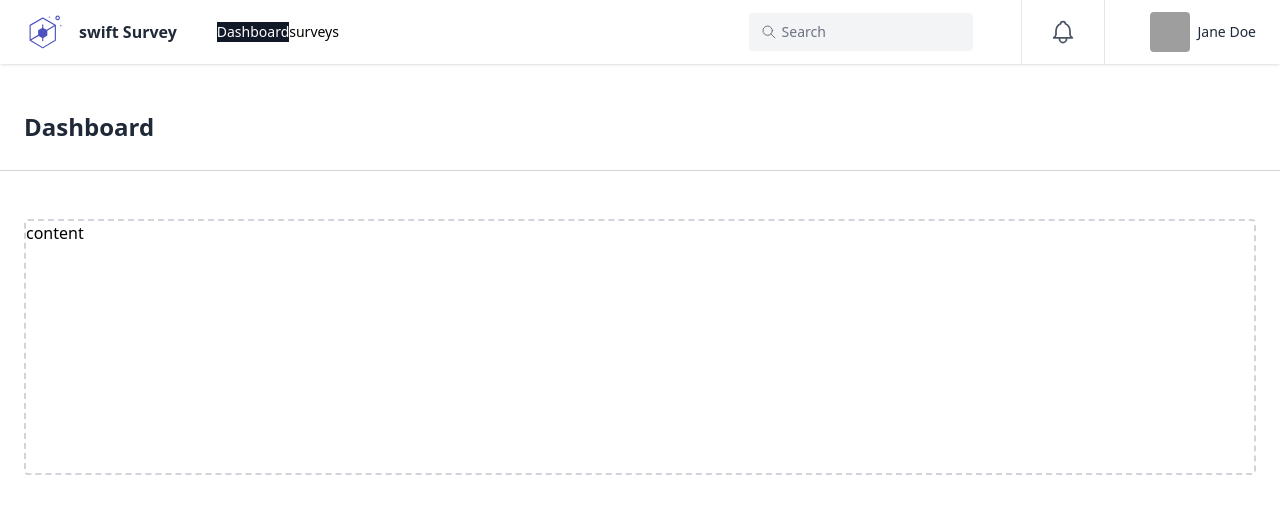
Repository: thomsontochi/swiftSurvey
Page: /dashboard (app in vue/)
These files come from the project's save history. The page is drawn as it stood at one moment and after the next save; the edit follows.
The browser window is 1280 px wide. The pictures show the whole page.
Pictures or frames that could not be fetched are drawn as grey boxes. The project was rebuilt for these pictures with package versions that can differ from the ones it lists, and the page was loaded fresh each time. Also part of the build but not shown: vue/vite.config.js, vue/src/views/Login.vue, vue/src/views/Register.vue, vue/src/views/Surveys.vue, vue/src/components/AuthLayout.vue, vue/src/components/Pages/Welcome.vue.

Above is the page before, as saved 2022-07-16 15:56:41.

### vue/src/main.js
import { createApp } from 'vue'
import App from './App.vue'
import store from './store'
import './index.css'
import router from './router'

createApp(App)
    .use(router)
    .use(store)
    .mount('#app')

### vue/src/App.vue
<script setup>

</script>

<template>

  <router-view></router-view>

</template>

### vue/src/store/index.js
import { createStore } from "vuex";

const store = createStore ({

    state: {
        user: {
            data: {},
            token: 123,
          }
    },
    getters:{},
    actions:{},
    mutations:{},
    modules:{}
})

export default store;

### vue/src/router/index.js
import { createRouter, createWebHistory } from "vue-router";
import Login from '../views/Login.vue'
import Register from '../views/Register.vue'
import Dashboard from "../views/Dashboard.vue"
import DefaultLayout from "../components/DefaultLayout.vue"
import Surveys from "../views/Surveys.vue"
import AuthLayout from "../components/AuthLayout.vue"
import Welcome from "../components/Pages/Welcome.vue"
import store from "../store"




const routes = [
    {
      path: "/",
      name: Welcome,
      component: Welcome
    },
    {
        path: "/dashboard",
        redirect: "/dashboard",
        component: DefaultLayout,
        meta: {requiresAuth: true},
        children: [
          { path: "/dashboard", name: "Dashboard", component: Dashboard },
          { path: "/surveys", name: "Surveys", component: Surveys },
        ],
    },
    {
        path:"/auth",
        redirect: "/login",
        name:"Auth",
        component: AuthLayout,
        meta: {isGuest: true},
        children: [

            {
                path: '/login',
                name: 'Login',
                component: Login
            },
            {
                path: '/register',
                name: 'Register',
                component: Register
            }

        ]

    },


];

const router = createRouter ({
    history: createWebHistory(),
    routes
})

router.beforeEach((to, from, next) => {
    if (to.meta.requiresAuth && !store.state.user.token) {
      next({ name: "Login" });
    } else if (store.state.user.token && to.meta.isGuest) {
      next({ name: "Dashboard" });
    } else {
      next();
    }
  });

export default router;

### vue/src/views/Dashboard.vue
<template>

     <!-- Page title starts -->

        <div class="  my-6 lg:my-12 container px-6 mx-auto flex flex-col lg:flex-row items-start lg:items-center justify-between pb-4 border-b border-gray-300">
            <div>
                <h4 class="text-2xl font-bold leading-tight text-gray-800">Dashboard</h4>

                <ul class="flex flex-col md:flex-row items-start md:items-center text-gray-600 text-sm mt-3"> </ul>
            </div>
            <!-- <div class="mt-6 lg:mt-0">
                <button class="mx-2 my-2 bg-white transition duration-150 ease-in-out focus:outline-none hover:bg-gray-100 rounded text-indigo-700 px-6 py-2 text-sm">Back</button>
                <button class="transition duration-150 ease-in-out hover:bg-indigo-600 focus:outline-none border bg-indigo-700 rounded text-white px-8 py-2 text-sm">Edit Profile</button>
            </div> -->
        </div>
        <!-- Page title ends -->


        <div class="container mx-auto px-6">
            <!-- Remove class [ h-64 ] when adding a card block -->
            <!-- Remove class [ border-dashed border-2 border-gray-300 ] to remove dotted border -->
            <div class="w-full h-64 rounded border-dashed border-2 border-gray-300">
                <!-- Place your content here -->
                <h1>content</h1>
            </div>
        </div>


</template>

<!-- <script>
export default {
    name: "LightWithGreyBackground",
    data() {
        return {
            xmlns: "http://www.w3.org/2000/svg",
            xlink: "http://www.w3.org/1999/xlink",
            profilePhoto: "https://tuk-cdn.s3.amazonaws.com/assets/components/boxed_layout/bl_1.png",
        };
    },
    methods: {
        dropdownHandler(event) {
            let single = event.currentTarget.getElementsByTagName("ul")[0];
            single.classList.toggle("hidden");
        },
        MenuHandler(el, val) {
            let MainList = el.currentTarget.parentElement.getElementsByTagName("ul")[0];
            let closeIcon = el.currentTarget.parentElement.getElementsByClassName("close-m-menu")[0];
            let showIcon = el.currentTarget.parentElement.getElementsByClassName("show-m-menu")[0];
            if (val) {
                MainList.classList.remove("hidden");
                el.currentTarget.classList.add("hidden");
                closeIcon.classList.remove("hidden");
            } else {
                showIcon.classList.remove("hidden");
                MainList.classList.add("hidden");
                el.currentTarget.classList.add("hidden");
            }
        },
    },
};
</script> -->

### vue/src/components/DefaultLayout.vue
<template>
    <div class="">
        <!-- Navigation starts -->
        <nav class="w-full mx-auto bg-white shadow">
            <div class="container px-6 justify-between h-16 flex items-center lg:items-stretch mx-auto">
                <div class="h-full flex items-center">
                    <div class="mr-10 flex items-center">
                        <svg aria-label="Home" id="logo" enable-background="new 0 0 300 300" height="44" viewBox="0 0 300 300" width="43" v-bind:xmlns="xmlns" :xmlns:xlink="xlink">
                            <g>
                                <path
                                    fill="#4c51bf"
                                    d="m234.735 35.532c-8.822 0-16 7.178-16 16s7.178 16 16 16 16-7.178 16-16-7.178-16-16-16zm0 24c-4.412 0-8-3.588-8-8s3.588-8 8-8 8 3.588 8 8-3.588 8-8 8zm-62.529-14c0-2.502 2.028-4.53 4.53-4.53s4.53 2.028 4.53 4.53c0 2.501-2.028 4.529-4.53 4.529s-4.53-2.027-4.53-4.529zm89.059 60c0 2.501-2.028 4.529-4.53 4.529s-4.53-2.028-4.53-4.529c0-2.502 2.028-4.53 4.53-4.53s4.53 2.029 4.53 4.53zm-40.522-5.459-88-51.064c-1.242-.723-2.773-.723-4.016 0l-88 51.064c-1.232.715-1.992 2.033-1.992 3.459v104c0 1.404.736 2.705 1.938 3.428l88 52.936c.635.381 1.35.572 2.062.572s1.428-.191 2.062-.572l88-52.936c1.201-.723 1.938-2.023 1.938-3.428v-104c0-1.426-.76-2.744-1.992-3.459zm-90.008-42.98 80.085 46.47-52.95 31.289-23.135-13.607v-21.713c0-2.209-1.791-4-4-4s-4 1.791-4 4v21.713l-26.027 15.309c-1.223.719-1.973 2.029-1.973 3.447v29.795l-52 30.727v-94.688zm0 198.707-80.189-48.237 51.467-30.412 24.723 14.539v19.842c0 2.209 1.791 4 4 4s4-1.791 4-4v-19.842l26.027-15.307c1.223-.719 1.973-2.029 1.973-3.447v-31.667l52-30.728v94.729z"
                                />
                            </g>
                        </svg>
                        <router-link :to="{path: '/' }" class="text-base text-gray-800 font-bold tracking-normal leading-tight ml-3 hidden lg:block">swift Survey</router-link>
                    </div>

                    <ul class="pr-12 xl:flex items-center h-full hidden">

                        <li class="hover:text-indigo-700 cursor-pointer h-full flex items-center text-sm  tracking-normal">
                            <router-link
                                v-for="item in navigation"
                                :key="item.name"
                                :to="item.to"
                                active-class="bg-gray-900 text-white"
                                :class="[ this.$route.name === item.to.name ]">
                                {{item.name}}
                            </router-link>
                        </li>

                        <li class="hover:text-indigo-700 cursor-pointer h-full flex items-center text-sm text-gry-800 mx-10 tracking-normal">
                            <router-link
                                v-for="item in navig"
                                :key="item.name"
                                :to="item.to"
                                active-class="bg-gray-900 text-white"
                                :class="[ this.$route.name === item.to.name ? '' : ' hover:bg-gray-700 hover:text-white', 'px-3 py-2 rounded-md text-sm font-medium']" >
                                {{item.name}}
                            </router-link>
                        </li>

                    </ul>
                </div>

                <div class="h-full xl:flex items-center justify-end hidden">
                    <div class="w-full h-full flex items-center">
                        <div class="w-full pr-12 h-full flex items-center border-r">
                            <div class="relative w-full">
                                <div class="text-gray-500 absolute ml-3 inset-0 m-auto w-4 h-4">
                                    <svg v-bind:xmlns="xmlns" class="icon icon-tabler icon-tabler-search" width="16" height="16" viewBox="0 0 24 24" stroke-width="1.5" stroke="currentColor" fill="none" stroke-linecap="round" stroke-linejoin="round">
                                        <path stroke="none" d="M0 0h24v24H0z" />
                                        <circle cx="10" cy="10" r="7" />
                                        <line x1="21" y1="21" x2="15" y2="15" />
                                    </svg>
                                </div>
                                <input class="border border-gray-100 focus:outline-none focus:border-indigo-700 w-56 rounded text-sm text-gray-500 bg-gray-100 pl-8 py-2" type="text" placeholder="Search" />
                            </div>
                        </div>
                        <div class="w-full h-full flex">
                            <div class="w-32 h-full flex items-center justify-center border-r cursor-pointer text-gray-600">
                                <svg v-bind:xmlns="xmlns" class="icon icon-tabler icon-tabler-bell" width="28" height="28" viewBox="0 0 24 24" stroke-width="1.5" stroke="currentColor" fill="none" stroke-linecap="round" stroke-linejoin="round">
                                    <path stroke="none" d="M0 0h24v24H0z" />
                                    <path d="M10 5a2 2 0 0 1 4 0a7 7 0 0 1 4 6v3a4 4 0 0 0 2 3h-16a4 4 0 0 0 2 -3v-3a7 7 0 0 1 4 -6" />
                                    <path d="M9 17v1a3 3 0 0 0 6 0v-1" />
                                </svg>
                            </div>
                            <div aria-haspopup="true" class="cursor-pointer w-full flex items-center justify-end relative" @click="dropdownHandler($event)">
                                <ul class="p-2 w-40 border-r bg-white absolute rounded z-40 left-0 shadow mt-64 hidden">
                                    <li class="cursor-pointer text-gray-600 text-sm leading-3 tracking-normal py-2 hover:text-indigo-700 focus:text-indigo-700 focus:outline-none">
                                        <div class="flex items-center">
                                            <svg v-bind:xmlns="xmlns" class="icon icon-tabler icon-tabler-user" width="20" height="20" viewBox="0 0 24 24" stroke-width="1.5" stroke="currentColor" fill="none" stroke-linecap="round" stroke-linejoin="round">
                                                <path stroke="none" d="M0 0h24v24H0z" />
                                                <circle cx="12" cy="7" r="4" />
                                                <path d="M6 21v-2a4 4 0 0 1 4 -4h4a4 4 0 0 1 4 4v2" />
                                            </svg>
                                            <span class="ml-2"> My Profile </span>
                                        </div>
                                    </li>
                                    <li class="cursor-pointer text-gray-600 text-sm leading-3 tracking-normal mt-2 py-2 hover:text-indigo-700 focus:text-indigo-700 focus:outline-none flex items-center">
                                        <svg v-bind:xmlns="xmlns" class="icon icon-tabler icon-tabler-help" width="20" height="20" viewBox="0 0 24 24" stroke-width="1.5" stroke="currentColor" fill="none" stroke-linecap="round" stroke-linejoin="round">
                                            <path stroke="none" d="M0 0h24v24H0z" />
                                            <circle cx="12" cy="12" r="9" />
                                            <line x1="12" y1="17" x2="12" y2="17.01" />
                                            <path d="M12 13.5a1.5 1.5 0 0 1 1 -1.5a2.6 2.6 0 1 0 -3 -4" />
                                        </svg>
                                        <span class="ml-2">Help Center</span>
                                    </li>
                                    <li class="cursor-pointer text-gray-600 text-sm leading-3 tracking-normal mt-2 py-2 hover:text-indigo-700 flex items-center focus:text-indigo-700 focus:outline-none">
                                        <svg v-bind:xmlns="xmlns" class="icon icon-tabler icon-tabler-settings" width="20" height="20" viewBox="0 0 24 24" stroke-width="1.5" stroke="currentColor" fill="none" stroke-linecap="round" stroke-linejoin="round">
                                            <path stroke="none" d="M0 0h24v24H0z" />
                                            <path d="M10.325 4.317c.426-1.756 2.924-1.756 3.35 0a1.724 1.724 0 0 0 2.573 1.066c1.543-.94 3.31.826 2.37 2.37a1.724 1.724 0 0 0 1.065 2.572c1.756.426 1.756 2.924 0 3.35a1.724 1.724 0 0 0 -1.066 2.573c.94 1.543-.826 3.31-2.37 2.37a1.724 1.724 0 0 0 -2.572 1.065c-.426 1.756-2.924 1.756-3.35 0a1.724 1.724 0 0 0 -2.573 -1.066c-1.543.94-3.31-.826-2.37-2.37a1.724 1.724 0 0 0 -1.065 -2.572c-1.756-.426-1.756-2.924 0-3.35a1.724 1.724 0 0 0 1.066 -2.573c-.94-1.543.826-3.31 2.37-2.37.996.608 2.296.07 2.572-1.065z" />
                                            <circle cx="12" cy="12" r="3" />
                                        </svg>
                                        <span class="ml-2">Account Settings</span>
                                    </li>
                                </ul>
                                <img class="rounded h-10 w-10 object-cover" v-bind:src="profilePhoto" alt="logo" />
                                <p class="text-gray-800 text-sm ml-2">Jane Doe</p>
                            </div>
                        </div>
                    </div>
                </div>

                <div class="visible xl:hidden flex items-center">
                    <ul class="z-40 p-2 border-r bg-white absolute rounded top-0 left-0 right-0 shadow mt-16 md:mt-16 hidden">
                        <li class="flex xl:hidden cursor-pointer text-gray-600 text-base leading-3 tracking-normal mt-2 py-3 hover:text-indigo-700 focus:text-indigo-700 focus:outline-none">
                            <div class="flex items-center">
                                <span class="leading-6 ml-2 font-bold"> Dashboard </span>
                            </div>
                        </li>
                        <li class="xl:hidden flex-col cursor-pointer text-gray-600 text-base leading-3 tracking-normal py-3 hover:text-indigo-700 focus:text-indigo-700 focus:outline-none flex justify-center" @click="dropdownHandler($event)">
                            <div class="flex items-center">
                                <span class="leading-6 ml-2 font-bold"> Products </span>
                            </div>
                            <ul class="ml-2 mt-3 hidden">
                                <li class="cursor-pointer text-gray-600 text-sm leading-3 tracking-normal py-3 hover:bg-indigo-700 hover:text-white px-3 font-normal">Landing Pages</li>
                                <li class="cursor-pointer text-gray-600 text-sm leading-3 tracking-normal py-3 hover:bg-indigo-700 hover:text-white px-3 font-normal">Templates</li>
                                <li class="cursor-pointer text-gray-600 text-sm leading-3 tracking-normal py-3 hover:bg-indigo-700 hover:text-white px-3 font-normal">Components</li>
                            </ul>
                        </li>
                        <li class="xl:hidden cursor-pointer text-gray-600 text-base leading-3 tracking-normal py-3 hover:text-indigo-700 flex items-center focus:text-indigo-700 focus:outline-none">
                            <span class="leading-6 ml-2 font-bold">Performance</span>
                        </li>
                        <li class="xl:hidden flex-col cursor-pointer text-gray-600 text-base leading-3 tracking-normal mb-2 py-3 hover:text-indigo-700 focus:text-indigo-700 focus:outline-none flex justify-center" @click="dropdownHandler($event)">
                            <div class="flex items-center">
                                <span class="leading-6 ml-2 font-bold"> Deliverables </span>
                            </div>
                            <ul class="ml-2 mt-3 hidden">
                                <li class="cursor-pointer text-gray-600 text-sm leading-3 tracking-normal py-3 hover:bg-indigo-700 hover:text-white px-3 font-normal">Landing Pages</li>
                                <li class="cursor-pointer text-gray-600 text-sm leading-3 tracking-normal py-3 hover:bg-indigo-700 hover:text-white px-3 font-normal">Templates</li>
                                <li class="cursor-pointer text-gray-600 text-sm leading-3 tracking-normal py-3 hover:bg-indigo-700 hover:text-white px-3 font-normal">Components</li>
                            </ul>
                        </li>
                        <li>
                            <hr class="border-b border-gray-300 w-full" />
                        </li>
                        <li class="ml-2 cursor-pointer text-gray-600 text-sm leading-3 tracking-normal mt-2 py-2 hover:text-indigo-700 flex items-center focus:text-indigo-700 focus:outline-none">
                            <div class="flex items-center">
                                <div class="w-12 cursor-pointer flex text-sm border-2 border-transparent rounded focus:outline-none focus:border-white transition duration-150 ease-in-out">
                                    <img class="rounded h-10 w-10 object-cover" v-bind:src="profilePhoto" alt="logo" />
                                </div>
                                <p class="leading-6 text-base ml-1 cursor-pointer">Jane Doe</p>
                                <div class="sm:ml-2 text-white relative">
                                    <svg v-bind:xmlns="xmlns" class="icon icon-tabler icon-tabler-chevron-down cursor-pointer" width="20" height="20" viewBox="0 0 24 24" stroke-width="1.5" stroke="currentColor" fill="none" stroke-linecap="round" stroke-linejoin="round">
                                        <path stroke="none" d="M0 0h24v24H0z"></path>
                                        <polyline points="6 9 12 15 18 9"></polyline>
                                    </svg>
                                </div>
                            </div>
                        </li>
                        <li class="ml-2 cursor-pointer text-gray-600 text-base leading-3 tracking-normal py-2 hover:text-indigo-700 focus:text-indigo-700 focus:outline-none">
                            <div class="flex items-center">
                                <svg v-bind:xmlns="xmlns" class="icon icon-tabler icon-tabler-user" width="24" height="24" viewBox="0 0 24 24" stroke-width="1.5" stroke="currentColor" fill="none" stroke-linecap="round" stroke-linejoin="round">
                                    <path stroke="none" d="M0 0h24v24H0z" />
                                    <circle cx="12" cy="7" r="4" />
                                    <path d="M6 21v-2a4 4 0 0 1 4 -4h4a4 4 0 0 1 4 4v2" />
                                </svg>
                                <span class="leading-6 ml-2">Profile</span>
                            </div>
                        </li>
                    </ul>

                    <svg @click="MenuHandler($event, true)" aria-haspopup="true" aria-label="Main Menu" v-bind:xmlns="xmlns" class="show-m-menu icon icon-tabler icon-tabler-menu" width="28" height="28" viewBox="0 0 24 24" stroke-width="1.5" stroke="#000" fill="none" stroke-linecap="round" stroke-linejoin="round">
                        <path stroke="none" d="M0 0h24v24H0z"></path>
                        <line x1="4" y1="8" x2="20" y2="8"></line>
                        <line x1="4" y1="16" x2="20" y2="16"></line>
                    </svg>
                    <div class="hidden close-m-menu" @click="MenuHandler($event, false)">
                        <svg aria-label="Close" v-bind:xmlns="xmlns" width="24" height="24" viewBox="0 0 24 24" stroke-width="1.5" stroke="#000" fill="none" stroke-linecap="round" stroke-linejoin="round">
                            <path stroke="none" d="M0 0h24v24H0z" />
                            <line x1="18" y1="6" x2="6" y2="18" />
                            <line x1="6" y1="6" x2="18" y2="18" />
                        </svg>
                    </div>
                </div>
            </div>
        </nav>
        <!-- Navigation ends -->

        <router-view></router-view>

    </div>
</template>

<script>


    const navigation = [
        { name: "Dashboard", to: { path: "/Dashboard" } },
        { name: "surveys", to: { path: "/Surveys" } }
        ];



export default {
    name: "LightWithGreyBackground",
    data() {
        return {
            xmlns: "http://www.w3.org/2000/svg",
            xlink: "http://www.w3.org/1999/xlink",
            profilePhoto: "https://tuk-cdn.s3.amazonaws.com/assets/components/boxed_layout/bl_1.png",
        };
    },


    methods: {
        dropdownHandler(event) {
            let single = event.currentTarget.getElementsByTagName("ul")[0];
            single.classList.toggle("hidden");
        },
        MenuHandler(el, val) {
            let MainList = el.currentTarget.parentElement.getElementsByTagName("ul")[0];
            let closeIcon = el.currentTarget.parentElement.getElementsByClassName("close-m-menu")[0];
            let showIcon = el.currentTarget.parentElement.getElementsByClassName("show-m-menu")[0];
            if (val) {
                MainList.classList.remove("hidden");
                el.currentTarget.classList.add("hidden");
                closeIcon.classList.remove("hidden");
            } else {
                showIcon.classList.remove("hidden");
                MainList.classList.add("hidden");
                el.currentTarget.classList.add("hidden");
            }
        },

    },

    setup() {

        return {

          navigation,

        };


    }











};


</script>

### vue/tailwind.config.js
/** @type {import('tailwindcss').Config} */
module.exports = {
  content: [
    "./index.html",
    "./src/**/*.{vue,js,ts,jsx,tsx}",
  ],
  theme: {
    extend: {},
  },
  plugins: [require("@tailwindcss/forms")],
}

Loaded but not shown: vue/index.html (common file); vue/src/index.css (common file)

After the next save:
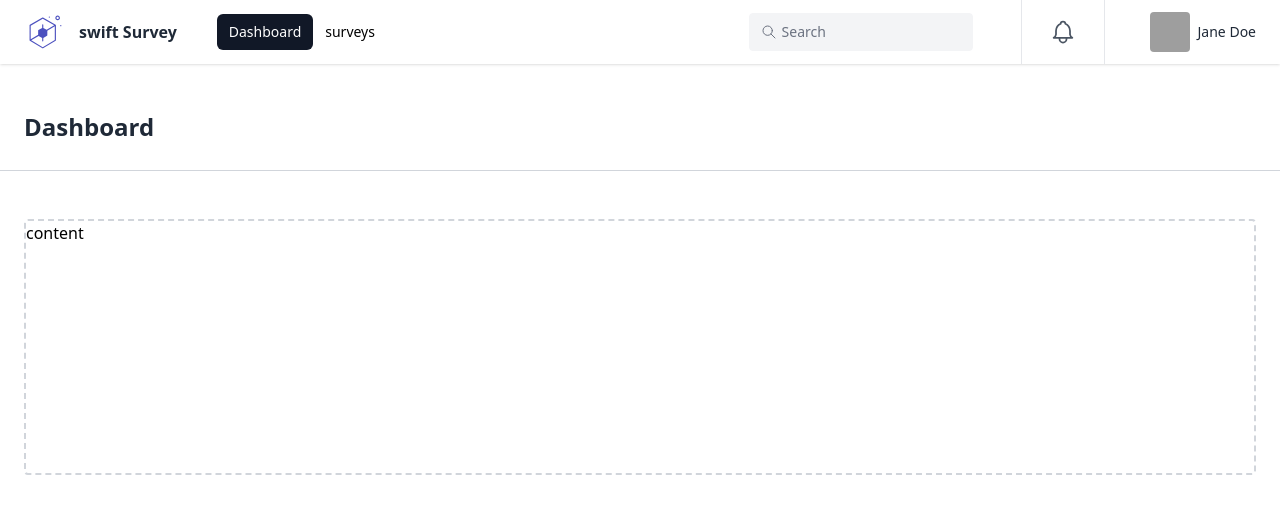
Saved 12 s later.
--- a/vue/src/components/DefaultLayout.vue
+++ b/vue/src/components/DefaultLayout.vue
@@ -24,7 +24,7 @@
                                 :key="item.name"
                                 :to="item.to"
                                 active-class="bg-gray-900 text-white"
-                                :class="[ this.$route.name === item.to.name ]">
+                                :class="[ this.$route.name === item.to.name ? '' : ' hover:bg-gray-700 hover:text-white', 'px-3 py-2 rounded-md text-sm font-medium']" >
                                 {{item.name}}
                             </router-link>
                         </li>
